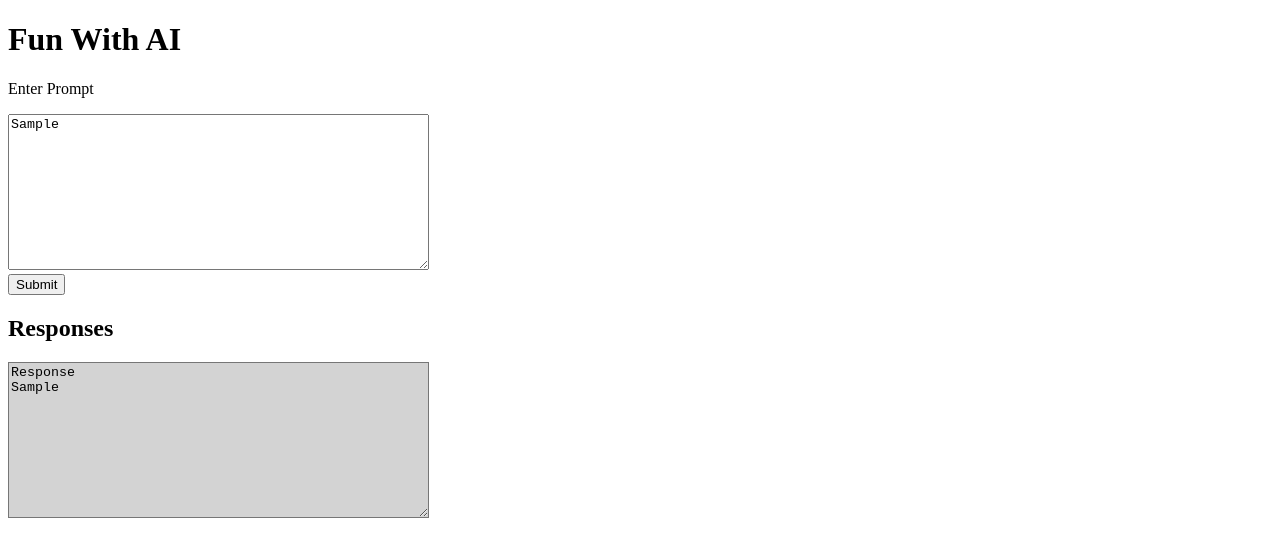
Repository: wenxi0504/open-ai-API
Page: openAI.html
The author's editor kept a copy of each file at every save. The page is drawn from the files as they stood at one save, then again after the next save.
The browser window is 1280 px wide. The pictures show the whole page.
Empty fields were first filled with sample values (such as "Sample", 5 or name@example.com).
After loading, the first visible `input` was clicked once.

Above is the page before, as saved 2022-05-15 17:19:12.

### openAI.html
<!DOCTYPE html>
<html lang="en">
<head>
    <meta charset="UTF-8">
    <meta http-equiv="X-UA-Compatible" content="IE=edge">
    <meta name="viewport" content="width=device-width, initial-scale=1.0">
    <title>OpenAI-API</title>
</head>
<body>
<h1>Fun With AI</h1>
<form id="form" action="POST">
<p><label for="prompt"> Enter Prompt</label></p>
<textarea id="userPrompt" name="userprompt" rows="10" cols="50" type="text" value="text"></textarea>
</form>
<div>
<input type="submit" value="Submit" onclick="userPromptSubmit()">
</div>

<h2>Responses</h2>
<textarea id="aiResponse" name="aiResponse" readonly="true" rows="10" cols="50" style="background-color: lightgray;"></textarea>
<script src="openai.js"></script>
</body>
</html>

### openai.js
"user strict";

function userPromptSubmit() {
  const userPrompt = document.getElementById("userPrompt").value;
  const aiResponse = document.getElementById("aiResponse");
  alert(userPrompt);
  aiResponse.textContent= "Response" +"\n"+ userPrompt;
}

After the next save:
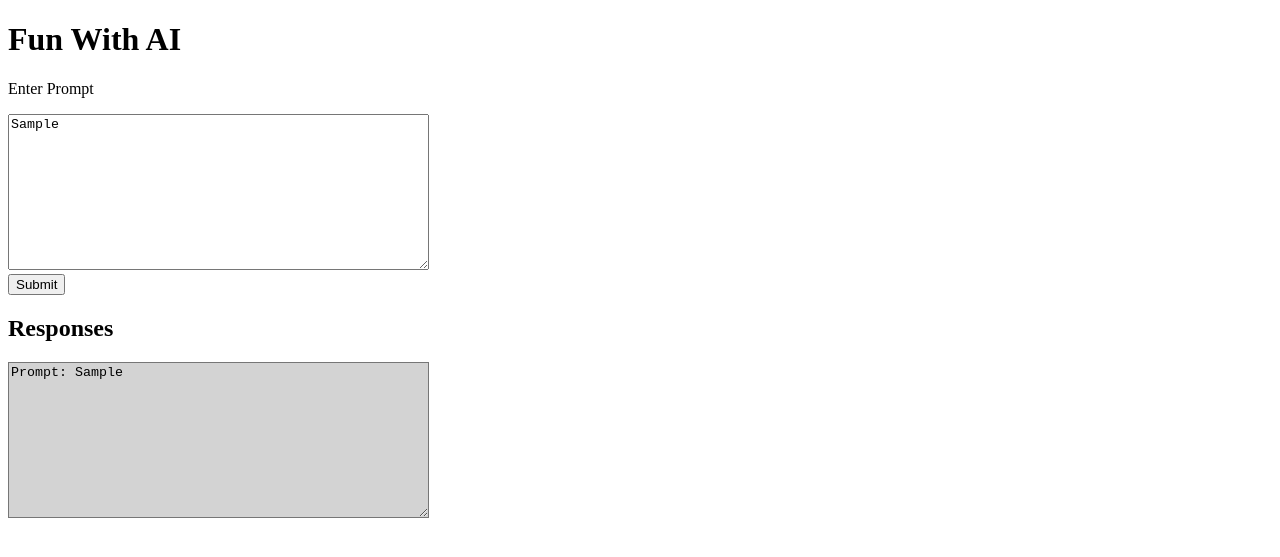
Saved 56 s later.
--- a/openai.js
+++ b/openai.js
@@ -4,5 +4,5 @@ function userPromptSubmit() {
   const userPrompt = document.getElementById("userPrompt").value;
   const aiResponse = document.getElementById("aiResponse");
   alert(userPrompt);
-  aiResponse.textContent= "Response" +"\n"+ userPrompt;
+  aiResponse.textContent= "Prompt:" +"\t"+ userPrompt;
 }
